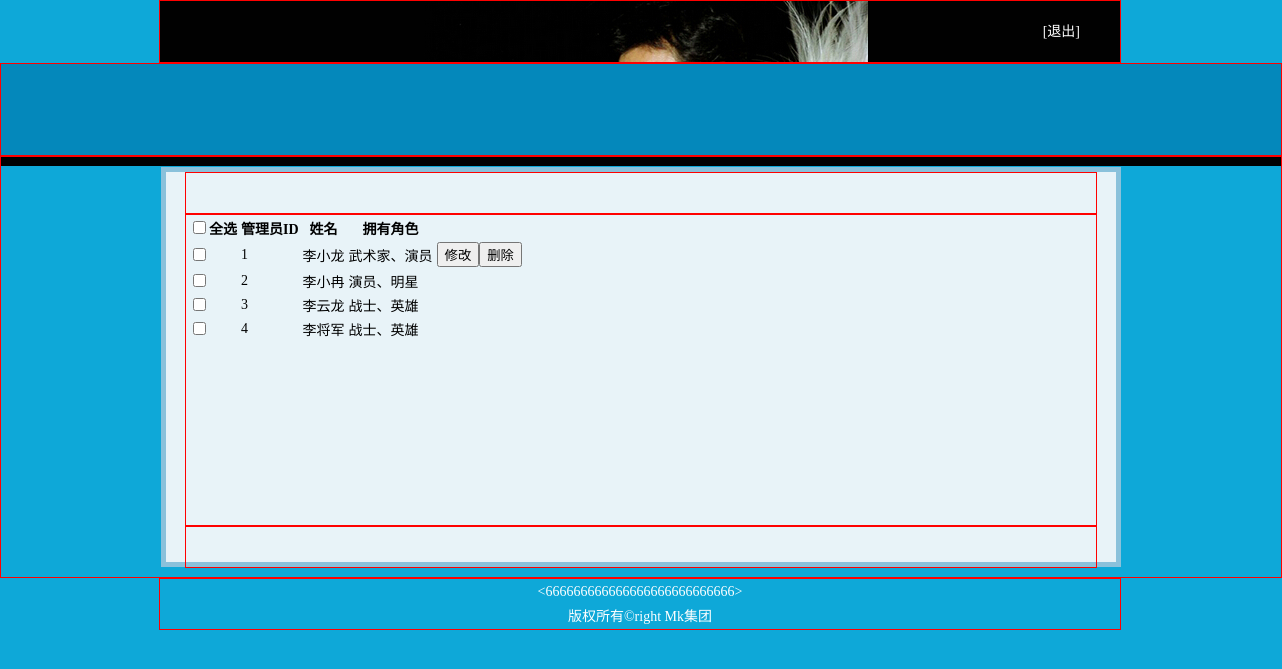
Repository: MasterKweng/workspace
Page: WebBasic/WebContent/Day02/demo6.html
These files come from the project's save history. The page is drawn as it stood at one moment and after the next save; the edit follows.
The browser window is 1280 px wide. The page is 1282 px wide, so the pictures cover 1282 px, including what lies to the right of the window. The pictures show the whole page.

Above is the page before, as saved 2018-01-04 08:01:54.

After the next save:
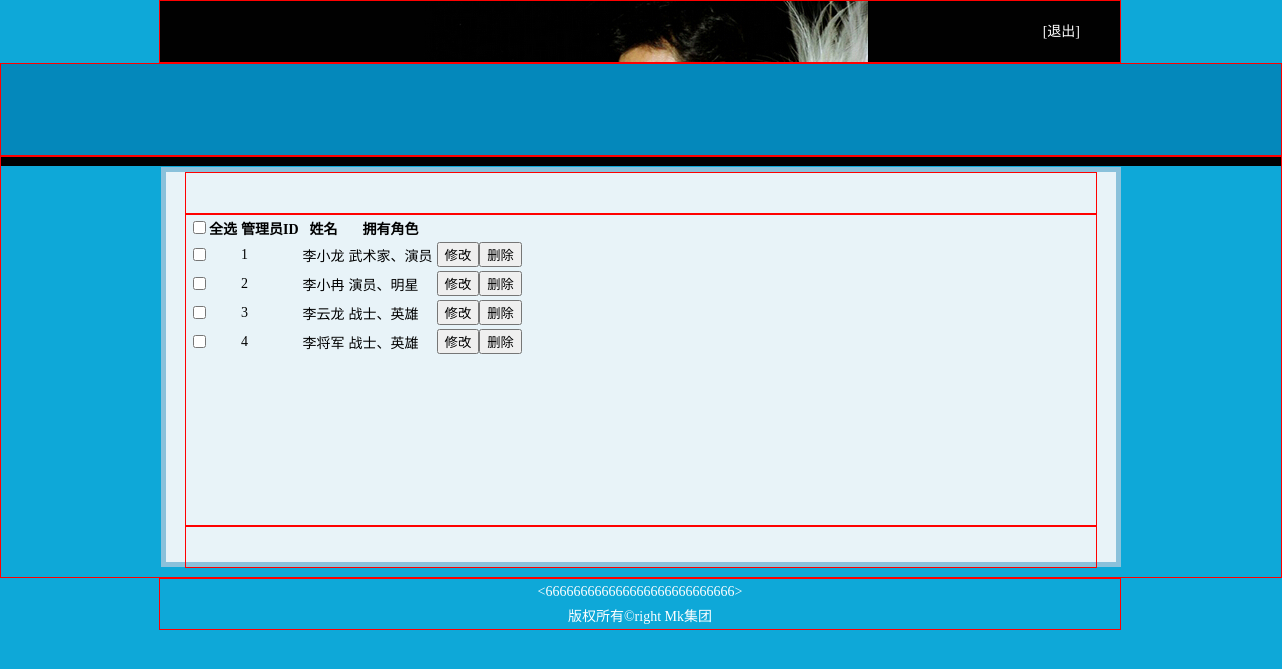
Saved 8 s later.
--- a/WebBasic/WebContent/Day02/demo6.html
+++ b/WebBasic/WebContent/Day02/demo6.html
@@ -125,15 +125,15 @@
 					</tr>
 					<tr><td><input type="checkbox" id="2"/></td>
 					<td>2</td><td>李小冉</td><td>演员、明星</td>
-					<td></td>
+					<td><input type="button" value="修改" class="modify"/><input type="button" value="删除" class="delete"/></td>
 					</tr>
 					<tr><td><input type="checkbox" id="3"/></td>
 					<td>3</td><td>李云龙</td><td>战士、英雄</td>
-					<td></td>
+					<td><input type="button" value="修改" class="modify"/><input type="button" value="删除" class="delete"/></td>
 					</tr>
 					<tr><td><input type="checkbox" id="4"/></td>
 					<td>4</td><td>李将军</td><td>战士、英雄</td>
-					<td></td>
+					<td><input type="button" value="修改" class="modify"/><input type="button" value="删除" class="delete"/></td>
 					</tr>
 					</tbody>
 					</table>
